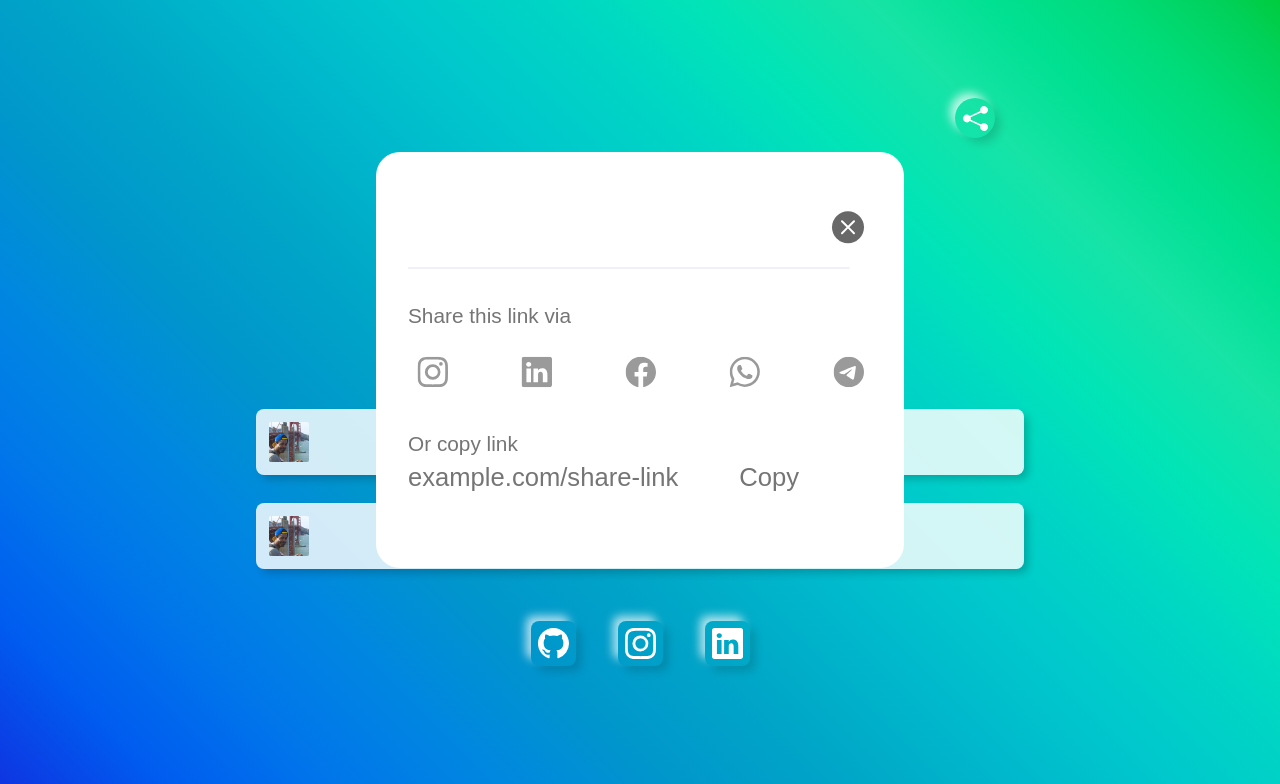
Repository: MateLaDBrouille97/linktree
Page: /
The author's editor kept a copy of each file at every save. The page is drawn from the files as they stood at one save, then again after the next save.
The browser window is 1280 px wide. The pictures show the whole page.
The project was rebuilt for these pictures with package versions that can differ from the ones it lists, and the page was loaded fresh each time. The framework's server and built-in components were replaced by stand-ins that run in the browser. Also part of the build but not shown: next.config.js, styles/Home.module.css, styles/scrollup.css.

Above is the page before, as saved 2023-01-24 00:53:45.

### app/layout.tsx
"use client";

import '@/styles/globals.css'
import '../styles/Home.module.css';
import '../styles/scrollup.css';
import '../styles/home.css';
import '../styles/socials.css';
import '../styles/share.css';
import ScrollDow from '../components/ScrollDow';
import ScrollUp from '../components/scrollup/ScrollUp'

export default function RootLayout({
    children,
  }: {
    children: React.ReactNode;
  }) {
    return (
      <html lang="en">
        <body>{children}</body>
        {/* <ScrollDow/> */}
        {/* <ScrollUp/> */}
      </html>
    );
  }

### app/page.tsx
"use client";

import Image from "next/image";
import data from "data.json";
import image from "../public/ManuelTL2.jpg";
import image1 from "../public/ManuelTL2.jpg";
import { useEffect, useState } from "react";
import Socials from "../components/Socials";
import Share from "@/components/Share";

function LinkCard({
  href,
  title,
  image,
}: {
  href: string;
  title: string;
  image?: string;
}) {
  return (
    <a
      href={href}
      className="flex items-center p-3 w-full rounded-lg hover:scale-105 transition-all bg-gray-100 mb-3 -mt-2 max-w-3xl home__linkcard-box"
    >
      <div className="flex text-center w-full home__linkcard-card">
        <div className="w-10 h-10 home__linkcard-img">
          {image1 && (
            <Image
              className="rounded-sm"
              alt={data.name}
              src={image1}
              width={40}
              height={40}
            />
          )}
        </div>
        <h2 className="flex justify-center items-center font-semibold w-full text-gray-700 -ml-10 home__linkcard-title">
          {title}
        </h2>
      </div>
    </a>
  );
}

export default function Home() {
  /*==================== Toggle Menu ====================== */
  const [toggle, showMenu] = useState(false);
  const [activeNav, setActiveNav] = useState("#home");

  /* +++++++++++++++++++++++++++++++++++++++++++++++++ */
  // const { dbUser, image } = useUserContext();

  // const breakpoints = (width) => {
  //   if (width < 640) {
  //     return "xs";
  //   } else if (width >= 640 && width < 768) {
  //     return "sm";
  //   } else if (width >= 768 && width < 1024) {
  //     return "md";
  //   } else if (width >= 1024) {
  //     return "lg";
  //   }
  // };

  // const [breakpoint, setBreakpoint] = useState(() =>
  //   breakpoints(typeof window !== "undefined" && window.innerWidth)
  // );

  useEffect(() => {
    if (toggle) {
      // const calcInnerWidth = function () {
      //   setBreakpoint(breakpoints(window.innerWidth));
      // };
      // window.addEventListener("resize", calcInnerWidth);
      window.addEventListener("scroll", function () {
        const header = this.document.querySelector(".header");
        //scroll higher than 200 viewport height
        //add scroll header class to a tag with the scroll-top
        if (this.scrollY >= 80) header?.classList.add("scroll-header");
        else header?.classList.remove("scroll-header");
      });
    }
  }, []);

  useEffect(() => {
    showMenu(true);
  }, []);

  return (
    <div className="flex items-center flex-col mx-auto w-full justify-center mt-16 px-8 ">
      <Share/>
      <a
        href="#home"
        onClick={() => setActiveNav("#home")}
        // className={
        //   activeNav === "#home" ? "nav__logo active-link" : "nav__logo"
        // }
      >
        <Image
          className="rounded-full"
          alt={data.name}
          src={image}
          width={96}
          height={96}
        />
      </a>

      <h1 className="font-semibold mt-4 mb-8 text-xl" style={{color:"white"}}>{data.name}</h1>
      <h3 className="home__description" style={{color:"white"}}>{data.small_description}</h3>

      <div className="grid place-items-center w-full mt-2">
        {data.links.map((link) => (
          <LinkCard key={link.href} {...link} />
        ))}
      </div>

      <div className="gap-3 items-center flex mt-10">
        {data?.socials?.map((social) => {
         return(

          <Socials title={social?.title} key={social?.href} />
          )
        })}
      </div>
    </div>
  );
}

### styles/globals.css
@tailwind base;
@tailwind components;
@tailwind utilities;

body{
  height:100vh;
  background-image: linear-gradient(
  45deg,
  hsl(229deg 88% 47%) 0%,
  hsl(217deg 100% 47%) 8%,
  hsl(210deg 100% 46%) 16%,
  hsl(204deg 100% 44%) 24%,
  hsl(196deg 100% 40%) 32%,
  hsl(190deg 100% 39%) 41%,
  hsl(186deg 100% 40%) 49%,
  hsl(181deg 100% 40%) 57%,
  hsl(175deg 100% 42%) 65%,
  hsl(168deg 99% 45%) 72%,
  hsl(162deg 82% 49%) 80%,
  hsl(159deg 100% 44%) 86%,
  hsl(153deg 100% 43%) 92%,
  hsl(146deg 100% 41%) 97%,
  hsl(138deg 100% 40%) 100%
);
}

@import  url('https://api.iconify.design/material-symbols/arrow-upward.svg');

/*=============== GOOGLE FONTS ===============*/
@import url("https://fonts.googleapis.com/css2?family=Poppins:wght@400;500;600&display=swap");

/*=================== NEXT.JS ================*/

html,
body {
  padding: 0;
  margin: 0;
  font-family: -apple-system, BlinkMacSystemFont, Segoe UI, Roboto, Oxygen,
    Ubuntu, Cantarell, Fira Sans, Droid Sans, Helvetica Neue, sans-serif;
}

h1 {
  font-size: 1.75rem;
}




/*=============== VARIABLES CSS ===============*/
:root {
  --header-height: 3rem;

  /*========== Colors ==========*/
  /*Color mode HSL(hue, saturation, lightness)*/
  --hue: 0;
  --sat: 0%;
  --title-color: hsl(var(--hue), var(--sat), 20%);
  --title-color-dark: hsl(var(--hue), var(--sat), 0%);
  --text-color: hsl(var(--hue), var(--sat), 46%);
  --body-color: hsl(var(--hue), var(--sat), 98%);
  --container-color: #fff;

  /*========== Font and typography ==========*/
  --body-font: "Poppins", sans-serif;

  /*.5rem = 8px | 1rem = 16px ...*/
  --big-font-size: 3.5rem;
  --h1-font-size: 2.75rem;
  --h2-font-size: 1.5rem;
  --h3-font-size: 1.25rem;
  --normal-font-size: 1rem;
  --small-font-size: 0.875rem;
  --smaller-font-size: 0.813rem;
  --tiny-font-size: 0.625rem;

  /*========== Font weight ==========*/
  --font-normal: 400;
  --font-medium: 500;
  --font-semi-bold: 600;

  /*========== Margenes Bottom ==========*/
  /*.5rem = 8px | 1rem = 16px ...*/
  --mb-0-25: 0.25rem;
  --mb-0-5: 0.5rem;
  --mb-0-75: 0.75rem;
  --mb-1: 1rem;
  --mb-1-5: 1.5rem;
  --mb-2: 2rem;
  --mb-2-5: 2.5rem;
  --mb-3: 3rem;

  /*========== z index ==========*/
  --z-tooltip: 10;
  --z-fixed: 100;
  --z-modal: 1000;
}

/* Responsive typography */
@media screen and (max-width: 992px) {
  :root {
    --big-font-size: 2.75rem;
    --h1-font-size: 1.5rem;
    --h2-font-size: 1.25rem;
    --h3-font-size: 1rem;
    --normal-font-size: 0.938rem;
    --small-font-size: 0.813rem;
    --smaller-font-size: 0.75rem;
  }
}

/*=============== BASE ===============*/
* {
  margin: 0;
  padding: 0;
  box-sizing: border-box;
}

html {
  scroll-behavior: smooth;
}

body,
button,
input,
textarea {
  font-family: var(--body-font);
  font-size: var(--normal-font-size);
}

body {
  background-color: var(--body-color);
  color: var(--text-color);
}

h1,
h2,
h3 {
  color: var(--title-color);
  font-weight: var(--font-semi-bold);
}

ul {
  list-style: none;
}

a {
  text-decoration: none;
}

button {
  cursor: pointer;
  border: none;
  outline: none;
}

img {
  max-width: 100%;
  height: auto;
}

/*=============== REUSABLE CSS CLASSES ===============*/
.section {
  padding: 6rem 0 2rem;
}

.section__title {
  font-size: var(--h1-font-size);
  color: var(--title-color);
}

.section__subtitle {
  display: block;
  font-size: var(--normal-font-size);
  margin-bottom: 4rem;
}

.section__title,
.section__subtitle {
  text-align: center;
}

/*=============== LAYOUT ===============*/
.container {
  max-width: 968px;
  margin-left: auto;
  margin-right: auto;
}

.grid {
  display: grid;
  gap: 1.5rem;
}

/*=============== BUTTONS ===============*/
.button {
  display: inline-block;
  background-color:rgb(100, 189, 140);
  color: var(--container-color);
  padding: 1.25rem 2rem;
  border-radius: 1rem;
  font-weight: var(--font-medium);
}

.button:hover {
  background-color: rgb(81, 209, 138);
  color: var(--container-color);
}

.button__icon {
  margin-left: var(--mb-0-5);
}

.button--flex {
  display: inline-flex;
  align-items: center;

}




/*=============== BREAKPOINTS ===============*/
/* For large devices */
@media screen and (max-width: 992px) {
  .container {
    margin-left: var(--mb-1-5);
    margin-right: var(--mb-1-5);
  }

  .button {
    padding: 1rem 1.75rem;
  }

  .button__icon {
    width: 22px;
    height: 22px;
  }
}

/* For medium devices */
@media screen and (max-width: 768px) {
  body {
    margin: 0 0 var(--header-height) 0;
  }

  .section {
    padding: 2rem 0 4rem;
  }

  .section__subtitle {
    margin-bottom: var(--mb-3);
  }
}

@media screen and (max-width: 576px) {

}

/* For small devices */
@media screen and (max-width: 350px) {
  :root {
    --big-font-size: 2.25rem;
  }

  .container {
    margin-left: var(--mb-1);
    margin-right: var(--mb-1);
  }
}

### styles/home.css
.home__container{
    row-gap: 7rem;
}

.home__content{
    grid-template-columns: 116px repeat(2, 1fr);
    padding-top: 5.5rem;
    column-gap: 2rem;
    align-items: center;
}

.home__social{
    display:grid;
    grid-template-columns: max-content;
    row-gap: 1rem;
}

.home__social-icon{
    font-size:1.25rem;
    color: var(--title-color);
}

.home__social-icon:hover{
    color:rgb(165, 30, 75);
}



.home__social-icon:hover{
    color: var(--title-color-dark);
}

.home__title{
    font-size:var(--h1-font-size);
    margin-bottom:var(--mb-0-25);
}

.home__hand{
    width: 38px;
    height: 38px;
    margin-left: 0.4rem;
}

.home__subtitle{
    position: relative;
    font-size:var(--h3-font-size);
    padding-left: 5.4rem;
    font-weight: var(--font-normal);
    margin-bottom: var(--mb-1);
}

.home__subtitle::before{
    content:'';
    position:absolute;
    width: 70px;
    height:1px;
    background-color:var(--text-color);
    left:0;
    top:1rem;
}

.home__description{
    max-width:400px;
    margin-bottom: var(--mb-3);
    line-height: 1.7;
}

.home__linkcard-box{
    background-color: rgba(255, 255, 255, 0.829);
    border-color: whitesmoke;
    border-width: 3px;
    transition: transform 0.5s;
    box-shadow: 5px 5px 9px -1px rgba(0,0,0,0.2);

    border: 1px solid rgba(0,0,0,0);
    transition: transform 0.5s;
}

.home__linkcard-box:hover{
    box-shadow: 10px 10px 0px -1px rgba(0,0,0,0.15),
                1px 1px 0.5px  rgba(0,0,0,0.15),
                0px -12px 10px -10px  rgba(0,0,0,0.05);
     border: 1px solid   rgba(0,0,0,0.1);
    /* transform:translateY(-2px)  ;    */
}

.home__linkcard-box::after{
    transition: transform 0.5s;
}

.home__linkcard-box:hover::after .home__linkcard-title {
    transition: transform 0.7s;
}

.home__linkcard-box:hover::after .home__linkcard-img {
    transition: transform 0.7s;
}

.home__linkcard-box:hover .home__linkcard-title{
    transform:scale(1.05);
    transition: transform 0.5s;
}

.home__linkcard-box:hover .home__linkcard-img{
    transform:scale(1.15);
    transition: transform 0.5s;
}




.home__img{
/* background: url(../../assets/Mur.jpg); */
background-repeat: no-repeat;
background-position: center;
background-size: cover;
box-shadow: inset 0 0 0 9px rgb(255 255 255/30%);
order: 1;
justify-self: center;
width:375px ;
height: 350px;
animation: profile__animate 8s ease-in-out infinite 1s;
}

@keyframes profile__animate {
    0%{
        border-radius: 60% 40% 30% 70%/60% 30% 70% 40%;
    }

    50%{
        border-radius: 30% 60% 70% 40%/50% 60% 30% 60%;
    }

    100%{
        border-radius: 60% 40% 30% 70%/60% 30% 70% 40%;
    }
}

.home__scroll{
    position:fixed;
    left: 2.5rem;
    bottom: 3rem;
    /* opacity:0.8; */
    padding:0.3rem 0.5rem;
    border-radius:0.4rem;
    z-index: var(--z-tooltip);
    transition: .4s;
}


.wheel {
    animation: scroll 2s ease infinite;
}

@keyframes scroll{
    0% {
        transform: translateY(0);
    }
    30% {
        transform: translateY(3.7rem);
    }

}


.home__scroll-name{
    color: rgba(255, 255, 255, 0.829);
    font-weight: var(--font-medium);
    margin-right: var(--mb-0-25);
    margin-left: 2px;
}

.home__scroll-arrow{
    font-size: 1.25rem;
    color: rgba(255, 255, 255, 0.829);
}


/*=============== BREAKPOINTS ===============*/
/* For large devices */
@media screen and (max-width: 992px) {
    .home__content{
        grid-template-columns: 100px repeat(2, 1fr);
        column-gap: 1.25rem;

    }

    .home__hand{
        width:26px;
        height:26px;
    }

    .home__subtitle{
        padding-left: 3.75rem;
        margin-bottom: var(--mb-1);

    }

    .home__subtitle::before {
        width:42px;
        top:0.8rem;
    }

    .home__description{
        max-width: initial;
        margin-bottom: var(--mb-2-5);
    }

    .home__img{
        width:250px;
        height:250px;
        box-shadow:inset 0 0 0 8px rgb(255 255 255/30%)
    }

    .home__scroll{
        margin-left: 7.5rem;
    }



  }

  /* For medium devices */
  @media screen and (max-width: 768px) {
    .home__content{
        grid-template-columns: 0.5fr 3fr;
        padding-top: 3.5rem;
    }

    .home__img{
        order:initial;/* ordre d'apparition de l'element*/
        justify-self: initial;
        box-shadow: inset 0 0 0 9px rgb(255 255 255/30%);
        width:200px;
        height: 200px;
    }

    .home__data{
        grid-column:1/3;
    }

    .home__scroll{
        display:none;
    }


  }



  /* For small devices */
  @media screen and (max-width: 350px) {


    .home__img{

        width:180px ;
        height: 180px;
    }

    .home__hand{
        width:22px;
        height:22px;
    }


  }

### styles/socials.css
/* .social__link{
    color: var(--container-color);
    font-size: 1.125rem;
    padding: 0.4rem;
    border-radius:1.5rem;
    display: inline-flex;
} */
/*
.social__link:hover{
    background-color:rgba(44, 203, 224, 0.986);
} */

.social__link{
    display:flex;
    /* background-color: var(--container-color); */
    color: var(--container-color);
    height: 45px;
    width: 45px;
    margin: 0 15px;
    border-radius: 8px;
    align-items: center;
    justify-content:center;
    text-decoration: none;
    box-shadow: 6px 6px 10px -1px rgba(0,0,0,0.15),
                -6px -6px 10px -1px rgba(255,255,255,0.7);
    border: 1px solid   rgba(0,0,0,0);
    transition: transform 0.5s;
}

a svg {
    font-size: 38px;
    color: white;
    transition: transform 0.5s;
}


.social__link:hover{
    background-color: rgba(255, 255, 255, 0.829);
    box-shadow: inset 4px 4px 6px -1px rgba(0,0,0,0.2),
                inset -4px -4px 6px -1px rgba(255,255,255,0.7),
                -0.5px -0.5px 0px  rgba(255,255,255,1),
                0.5px 0.5px 0px  rgba(0,0,0,0.15),
                0px -12px 10px -10px  rgba(0,0,0,0.05);
    border: 1px solid   rgba(0,0,0,0.1);
    transform:translateY(2px)  ;
}


a:hover svg{
    transform: scale(1.10);
    fill: black;
    transition: transform 0.5s;
}

a:hover .bi-linkedin{
    fill:rgb(18, 83, 203) ;
    transform:scale(1.10);
    transition: transform 0.5s;
}

a:hover .bi-instagram{
    fill:#e64771;
    transform:scale(1.10);
    transition: transform 0.5s;
}


/*=============== BREAKPOINTS ===============*/
/* For large devices */
@media screen and (max-width: 992px) {


    .social__link:hover{

        box-shadow: inset 4px 4px 6px -1px rgba(0,0,0,0.2),
                    inset -4px -4px 6px -1px rgba(255,255,255,0.7),
                    -0.5px -0.5px 0px  rgba(255,255,255,1),
                    0.5px 0.5px 0px  rgba(0,0,0,0.15),
                    0px -12px 10px -10px  rgba(0,0,0,0.05);
        border: 1px solid   rgba(0,0,0,0.1);
        transform:translateY(2px)  ;
    }




  }

  /* For medium devices */
  @media screen and (max-width: 768px) {




  }



  /* For small devices */
  @media screen and (max-width: 350px) {





  }

### styles/share.css
/*          Share   Items  */

.share-link {
  display: flex;
  color: var(--container-color);
  height: 45px;
  width: 45px;
  margin: 0 15px;
  border-radius: 22px;
  align-items: center;
  justify-content: center;
  text-decoration: none;
  box-shadow: 6px 6px 10px -1px rgba(0, 0, 0, 0.15),
    -6px -6px 10px -1px rgba(255, 255, 255, 0.7);
  border: 1px solid rgba(0, 0, 0, 0);
  transition: transform 0.5s;
}

.share-link:hover {
  background-color: rgba(255, 255, 255, 0.829);
  box-shadow: inset 4px 4px 6px -1px rgba(0, 0, 0, 0.2),
    inset -4px -4px 6px -1px rgba(255, 255, 255, 0.7),
    -0.5px -0.5px 0px rgba(255, 255, 255, 1),
    0.5px 0.5px 0px rgba(0, 0, 0, 0.15),
    0px -12px 10px -10px rgba(0, 0, 0, 0.05);
  border: 1px solid rgba(0, 0, 0, 0.1);
  transform: translateY(2px);
}

/* .share-link .bi-share-fill{
    fill: white;
} */

.share-link:hover .bi-share-fill {
  fill: black;
  transform: scale(1.1);
  transition: transform 0.5s;
}

header {
  width: 95%;
  max-width: 788px;
  display: flex;
  justify-content: flex-end;
  padding: 12px;
  margin-top: 5px;
}

.share-button {
  width: 40px;
  height: 40px;
  border-radius: 20px;
  color: var(--container-color);
}

.share {
  width: 95%;
  max-width: 788px;
  display: flex;
  justify-content: flex-end;
  padding: 12px;
  margin-top: 5px;
  z-index: 10;
}

.modal-share {
  position: absolute;
  height: 260px;
  width: 330px;
  top: 50%;
  left: 50%;
  transform: translate(-50%, -50%) scale(1.6);
  background: var(--container-color);
  padding: 20px;
  border-radius: 15px;
  max-width: 330px;
  width: 60%;
}

.modal-share :is(header) {
  display: flex;
  align-items: center;

}

.modal-share :is( .icons) {
    display: flex;
    align-items: center;
    justify-content: space-between;
  }


.modal-share header {
  padding-bottom: 15px;
  border-bottom: 1px solid #ebedf9;
}

header .close .icons a {
  display: flex;
  align-items: center;
  justify-content: center;
  border-radius: 50%;
}

header .close {
  height: 33px;
  width: 33px;
  background: var(--container-color);
  cursor: pointer;
}

/* .modal-title {
  font-size: 19px;
  font-weight: 500;
} */

.modal-share .content {
  margin: 20px 0;
}

.content p {
  font-size: 13px;
}

.content .icons {
  margin: 10px 0 20px 0;
}

.close{
    display: flex;
    justify-content: flex-end;
}

.close .bi-x{
  border-radius: 15px;
  background-color:#696868;
  margin-right: -21px;

}

.icons a {
  height: 30px;
  width: 30px;
  border: 0.5px solid transparent;
  text-decoration: none;
  display: flex;
  justify-content: center;
  align-items: center;
}

.icons svg {
    fill: #40404086
}

### components/Socials.tsx
function GitHubIcon() {
  return (
    <a href="https://github.com/LuckyMate97" className="social__link">
      <svg xmlns="http://www.w3.org/2000/svg" width="31" height="31" fill="white" className="bi bi-github" viewBox="0 0 16 16"> <path d="M8 0C3.58 0 0 3.58 0 8c0 3.54 2.29 6.53 5.47 7.59.4.07.55-.17.55-.38 0-.19-.01-.82-.01-1.49-2.01.37-2.53-.49-2.69-.94-.09-.23-.48-.94-.82-1.13-.28-.15-.68-.52-.01-.53.63-.01 1.08.58 1.23.82.72 1.21 1.87.87 2.33.66.07-.52.28-.87.51-1.07-1.78-.2-3.64-.89-3.64-3.95 0-.87.31-1.59.82-2.15-.08-.2-.36-1.02.08-2.12 0 0 .67-.21 2.2.82.64-.18 1.32-.27 2-.27.68 0 1.36.09 2 .27 1.53-1.04 2.2-.82 2.2-.82.44 1.1.16 1.92.08 2.12.51.56.82 1.27.82 2.15 0 3.07-1.87 3.75-3.65 3.95.29.25.54.73.54 1.48 0 1.07-.01 1.93-.01 2.2 0 .21.15.46.55.38A8.012 8.012 0 0 0 16 8c0-4.42-3.58-8-8-8z"/> </svg>
    </a>
  );
}

function InstagramIcon() {
  return (
    <a href="https://www.instagram.com/oto.mata33/" className="social__link">
      <svg xmlns="http://www.w3.org/2000/svg" width="31" height="31" fill="white" className="bi bi-instagram" viewBox="0 0 16 16"> <path d="M8 0C5.829 0 5.556.01 4.703.048 3.85.088 3.269.222 2.76.42a3.917 3.917 0 0 0-1.417.923A3.927 3.927 0 0 0 .42 2.76C.222 3.268.087 3.85.048 4.7.01 5.555 0 5.827 0 8.001c0 2.172.01 2.444.048 3.297.04.852.174 1.433.372 1.942.205.526.478.972.923 1.417.444.445.89.719 1.416.923.51.198 1.09.333 1.942.372C5.555 15.99 5.827 16 8 16s2.444-.01 3.298-.048c.851-.04 1.434-.174 1.943-.372a3.916 3.916 0 0 0 1.416-.923c.445-.445.718-.891.923-1.417.197-.509.332-1.09.372-1.942C15.99 10.445 16 10.173 16 8s-.01-2.445-.048-3.299c-.04-.851-.175-1.433-.372-1.941a3.926 3.926 0 0 0-.923-1.417A3.911 3.911 0 0 0 13.24.42c-.51-.198-1.092-.333-1.943-.372C10.443.01 10.172 0 7.998 0h.003zm-.717 1.442h.718c2.136 0 2.389.007 3.232.046.78.035 1.204.166 1.486.275.373.145.64.319.92.599.28.28.453.546.598.92.11.281.24.705.275 1.485.039.843.047 1.096.047 3.231s-.008 2.389-.047 3.232c-.035.78-.166 1.203-.275 1.485a2.47 2.47 0 0 1-.599.919c-.28.28-.546.453-.92.598-.28.11-.704.24-1.485.276-.843.038-1.096.047-3.232.047s-2.39-.009-3.233-.047c-.78-.036-1.203-.166-1.485-.276a2.478 2.478 0 0 1-.92-.598 2.48 2.48 0 0 1-.6-.92c-.109-.281-.24-.705-.275-1.485-.038-.843-.046-1.096-.046-3.233 0-2.136.008-2.388.046-3.231.036-.78.166-1.204.276-1.486.145-.373.319-.64.599-.92.28-.28.546-.453.92-.598.282-.11.705-.24 1.485-.276.738-.034 1.024-.044 2.515-.045v.002zm4.988 1.328a.96.96 0 1 0 0 1.92.96.96 0 0 0 0-1.92zm-4.27 1.122a4.109 4.109 0 1 0 0 8.217 4.109 4.109 0 0 0 0-8.217zm0 1.441a2.667 2.667 0 1 1 0 5.334 2.667 2.667 0 0 1 0-5.334z"/> </svg>
    </a>
  );
}

function LinkedInIcon() {
  return (
    <a href="https://ca.linkedin.com/" className="social__link">
      <svg xmlns="http://www.w3.org/2000/svg" width="31" height="31" fill="white" className="bi bi-linkedin" viewBox="0 0 16 16"> <path d="M0 1.146C0 .513.526 0 1.175 0h13.65C15.474 0 16 .513 16 1.146v13.708c0 .633-.526 1.146-1.175 1.146H1.175C.526 16 0 15.487 0 14.854V1.146zm4.943 12.248V6.169H2.542v7.225h2.401zm-1.2-8.212c.837 0 1.358-.554 1.358-1.248-.015-.709-.52-1.248-1.342-1.248-.822 0-1.359.54-1.359 1.248 0 .694.521 1.248 1.327 1.248h.016zm4.908 8.212V9.359c0-.216.016-.432.08-.586.173-.431.568-.878 1.232-.878.869 0 1.216.662 1.216 1.634v3.865h2.401V9.25c0-2.22-1.184-3.252-2.764-3.252-1.274 0-1.845.7-2.165 1.193v.025h-.016a5.54 5.54 0 0 1 .016-.025V6.169h-2.4c.03.678 0 7.225 0 7.225h2.4z"/> </svg>
    </a>
  );
}

function Socials({ title }:{title?:string;}) {
  if (title == "Instagram") {
    return <InstagramIcon  />;
  }
  if (title == "Github") {
    return <GitHubIcon  />;
  }
  if (title == "LinkedIn") {
    return <LinkedInIcon  />;
  }
}

export default Socials;

Loaded but not shown: data.json (35 lines, source omitted); tailwind.config.js (13 lines, source omitted); components/Share.tsx (115 lines, source omitted)

After the next save:
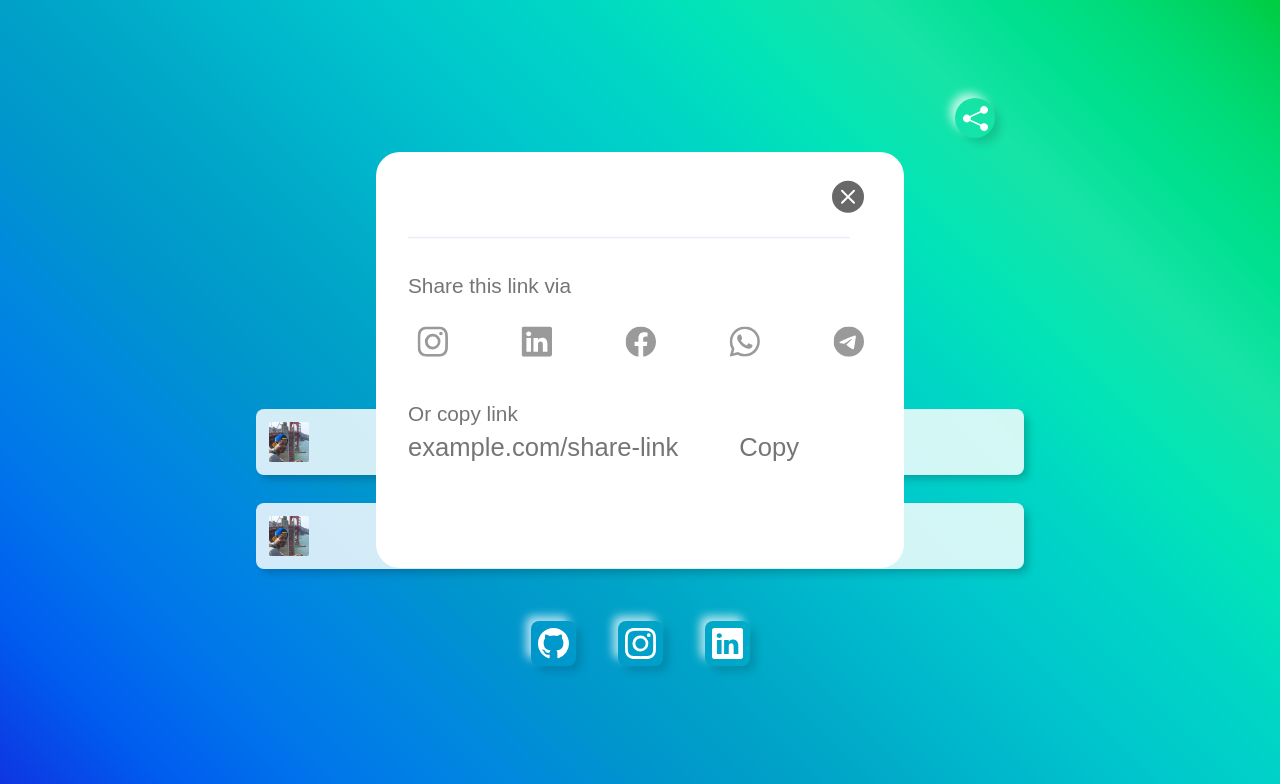
Saved 37 s later.
--- a/styles/share.css
+++ b/styles/share.css
@@ -135,6 +135,7 @@ header .close {
   border-radius: 15px;
   background-color:#696868;
   margin-right: -21px;
+  margin-top: -19px;
 
 }
 
